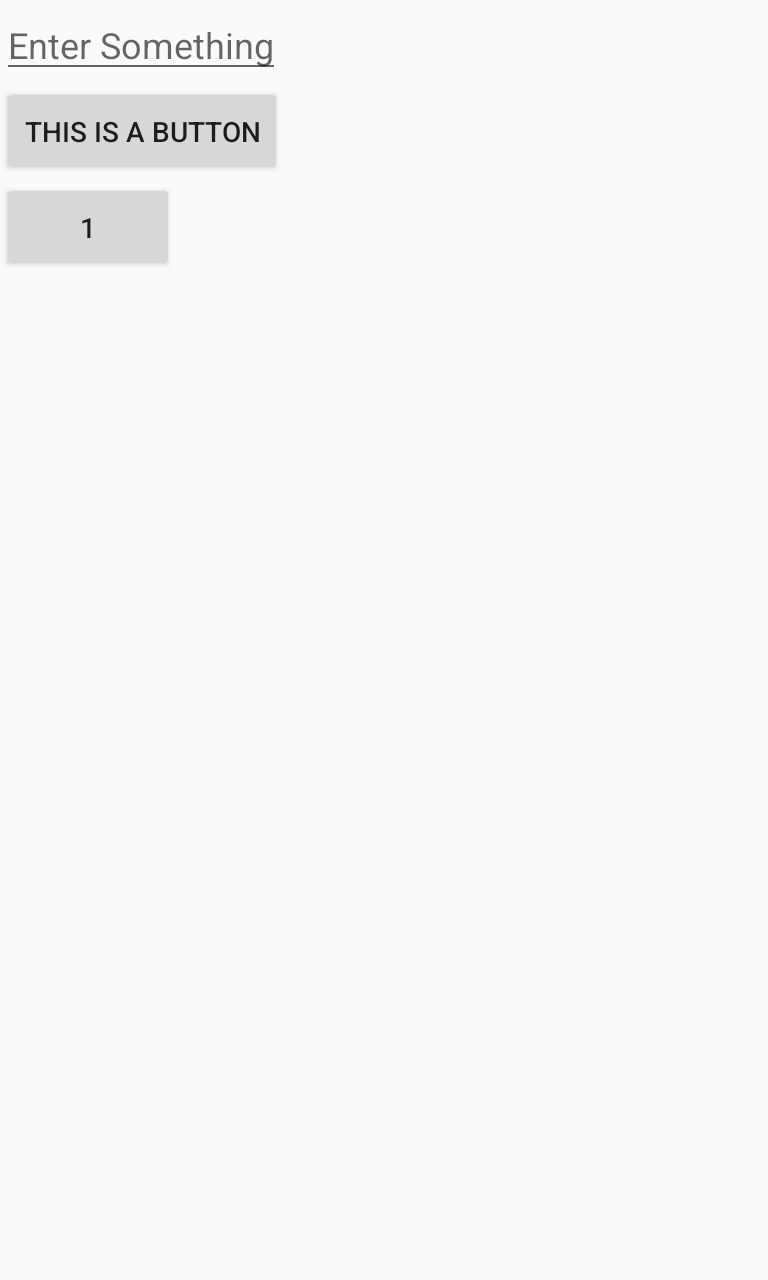
Repository: apoorvelec/AndroidApps
Layout: Calculator/res/layout/activity_main.xml
These files come from the project's save history. The layout is drawn as it stood at one moment and after the next save; the edit follows.
It is drawn on a 768 x 1280 px phone screen (xhdpi) without system bars, with theme AppTheme; the app's code is not run.

Above is the layout before, as saved 2016-05-17 00:45:09.

### Calculator/res/layout/activity_main.xml
<?xml version="1.0" encoding="utf-8"?>
<LinearLayout xmlns:android="http://schemas.android.com/apk/res/android"
   android:layout_width="fill_parent"
   android:layout_height="fill_parent"
   android:orientation="vertical" >

   <EditText android:id="@+id/text"
      android:layout_width="wrap_content"
      android:layout_height="wrap_content"
      android:hint="Enter Something" />

   <Button android:id="@+id/button"
      android:layout_width="wrap_content"
      android:layout_height="wrap_content"
      android:text="This is a Button" />

   <!-- More GUI components go here  -->
   <LinearLayout android:layout_width="fill_parent"
   android:layout_height="fill_parent"
   android:orientation="horizontal" >
   	<Button android:id="@+id/button1"
      android:layout_width="wrap_content"
      android:layout_height="wrap_content"
      android:text="1" />

   </LinearLayout>

</LinearLayout>

Loaded but not shown: Calculator/res/values/styles.xml (common file); Calculator/res/values-v11/styles.xml (common file); Calculator/res/values-v14/styles.xml (common file)

After the next save:
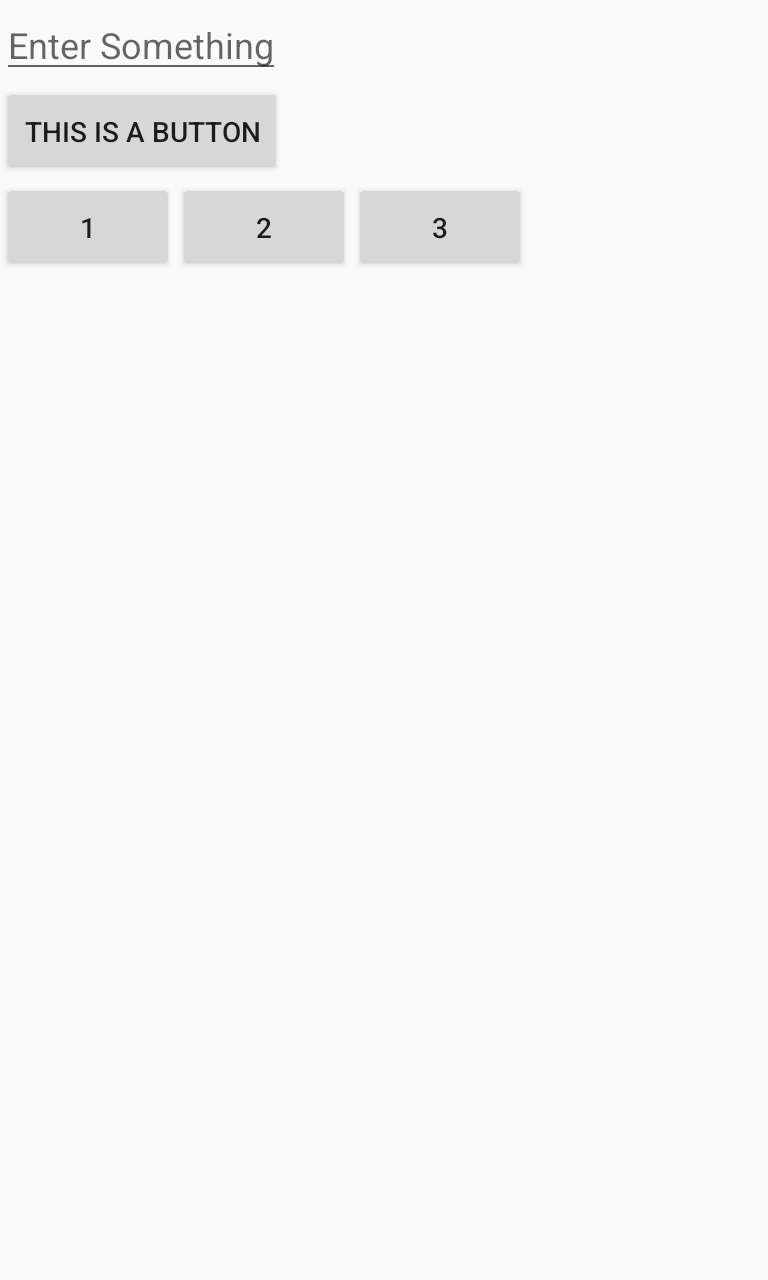
Saved 49 s later.
--- a/Calculator/res/layout/activity_main.xml
+++ b/Calculator/res/layout/activity_main.xml
@@ -22,7 +22,14 @@
       android:layout_width="wrap_content"
       android:layout_height="wrap_content"
       android:text="1" />
-
+   	<Button android:id="@+id/button2"
+      android:layout_width="wrap_content"
+      android:layout_height="wrap_content"
+      android:text="2" />
+   	<Button android:id="@+id/button3"
+      android:layout_width="wrap_content"
+      android:layout_height="wrap_content"
+      android:text="3" />
    </LinearLayout>
 
 </LinearLayout>
